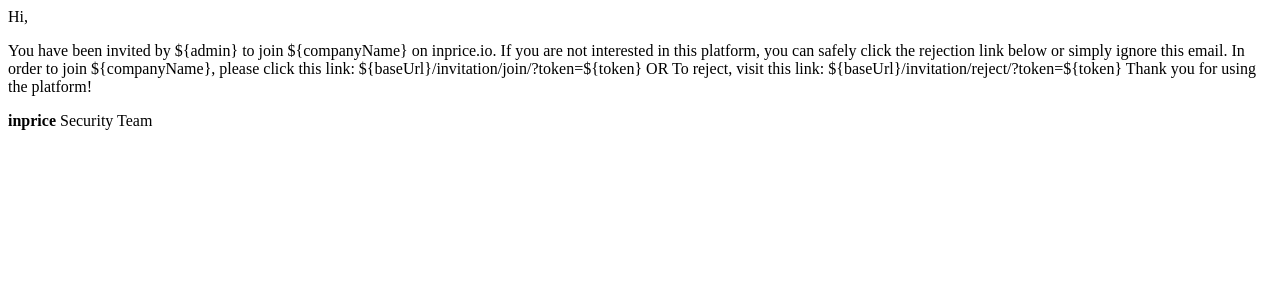
Repository: inprice/api
Page: src/main/resources/templates/invitation-for-new-users.html
These files come from the project's save history. The page is drawn as it stood at one moment and after the next save; the edit follows.
The browser window is 1280 px wide. The pictures show the whole page.

Above is the page before, as saved 2020-03-19 14:11:10.

After the next save:
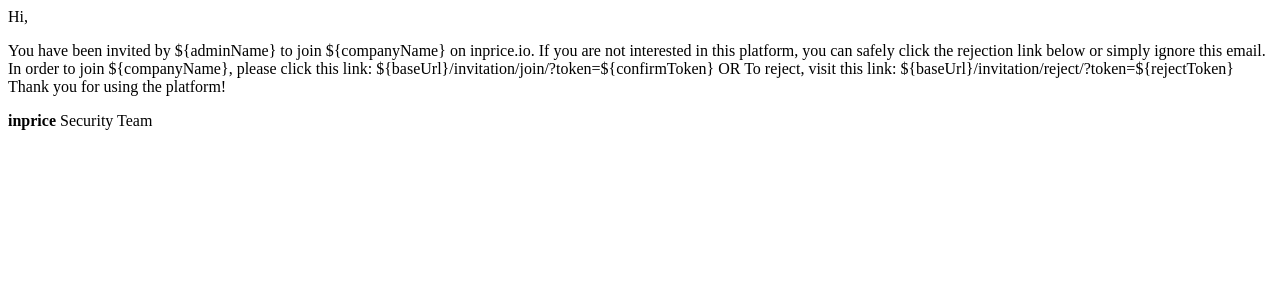
Saved 2 h 38 min later.
--- a/src/main/resources/templates/invitation-for-new-users.html
+++ b/src/main/resources/templates/invitation-for-new-users.html
@@ -4,17 +4,17 @@
 
     Hi,
     <p>
-      You have been invited by ${admin} to join ${companyName} on inprice.io.
+      You have been invited by ${adminName} to join ${companyName} on inprice.io.
 
       If you are not interested in this platform, you can safely click the rejection link below or simply ignore this email.
 
         In order to join ${companyName}, please click this link:
-        ${baseUrl}/invitation/join/?token=${token}
+        ${baseUrl}/invitation/join/?token=${confirmToken}
 
         OR
 
         To reject, visit this link:
-        ${baseUrl}/invitation/reject/?token=${token}
+        ${baseUrl}/invitation/reject/?token=${rejectToken}
 
         Thank you for using the platform!
     </p>
